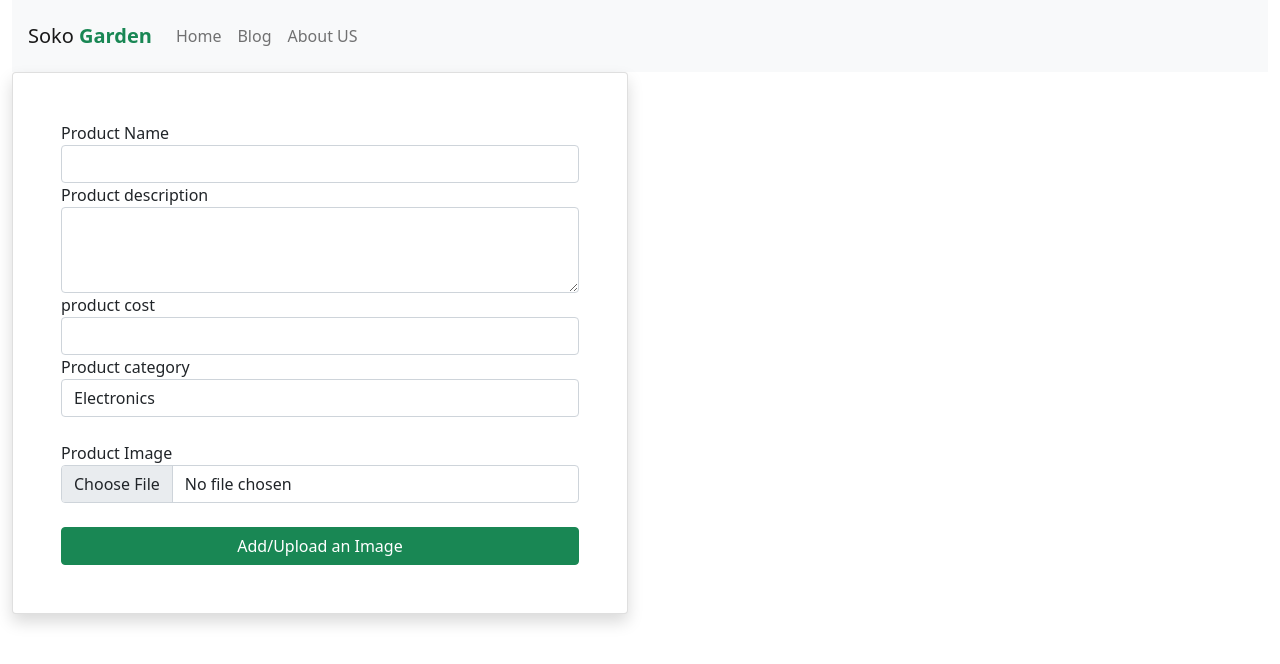
Repository: shanicenaliakanyongesa/Shanice
Page: http://localhost/upload
The author's editor kept a copy of each file at every save. The page is drawn from the files as they stood at one save, then again after a run of saves.
The browser window is 1280 px wide. The pictures show the whole page.
The page is served by the project's application, run on Flask 3 (app.py).

Above is the page before, as saved 2024-02-16 15:12:17.

After the next 3 saves:
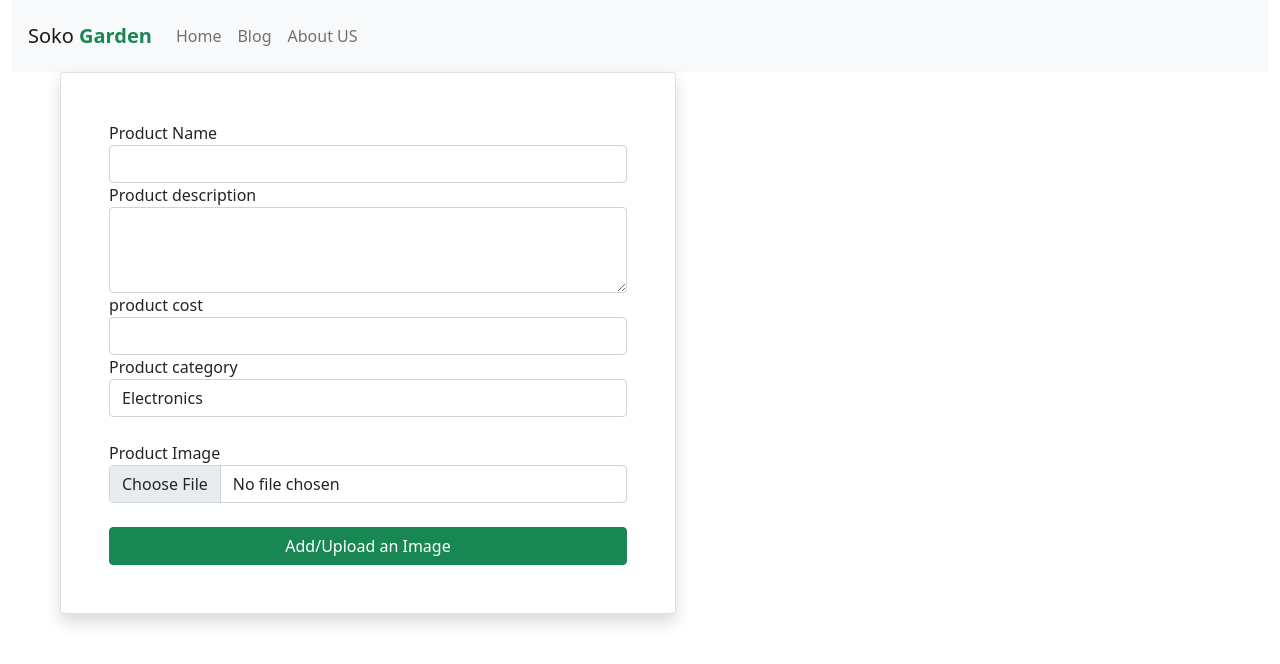
The 3 saves are shown as one change because they came seconds apart.
The last was saved 9 s later.
--- a/Desktop/shaniceflask/templates/upload.html
+++ b/Desktop/shaniceflask/templates/upload.html
@@ -10,7 +10,7 @@
     <div class="container-fluid">
         {% include 'navbar.html' %}
         <section class="row">
-            <div class="col-md-6">
+            <div class="col-md-6 ms-5">
                 <div class="card shadow p-5">
                     <label for="">Product Name</label>
                     <input type="text" name="product_name" id="" class="form-control" required >
